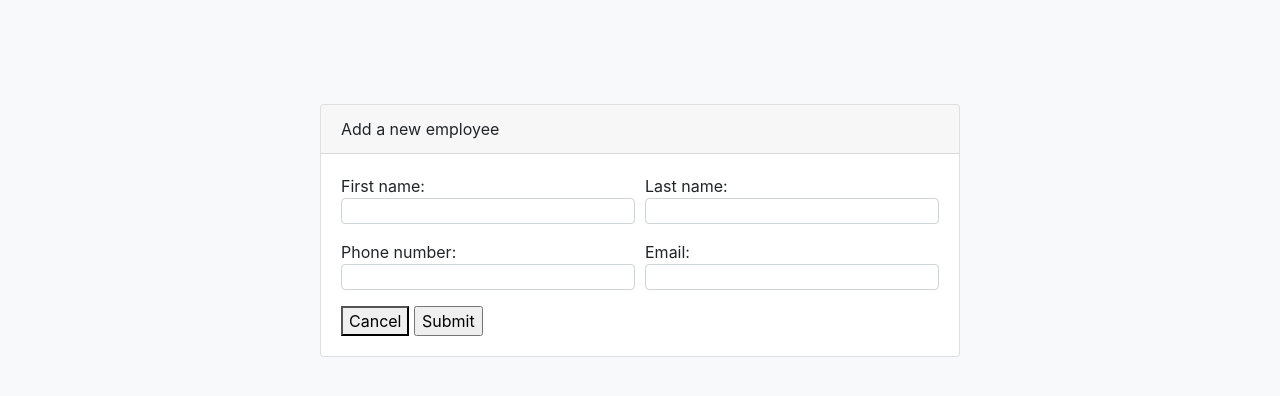
Repository: Map2g/WeFixPOS
Page: pages/AddEmp.html
The author's editor kept a record of every edit. The page is drawn from the files as they stood at one moment, then again after the next edit.
The browser window is 1280 px wide. The pictures show the whole page.

Above is the page before.

After the next edit:
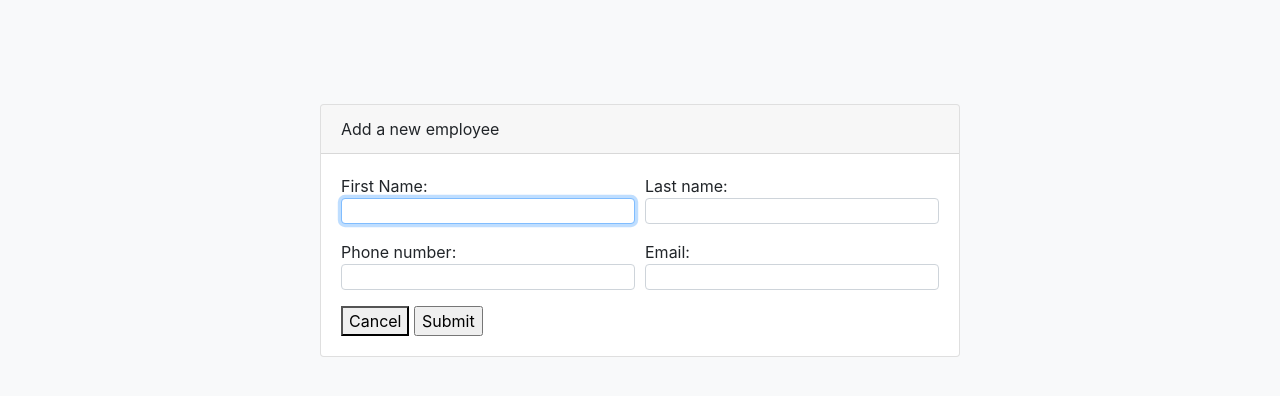
The edit:
--- a/pages/AddEmp.html
+++ b/pages/AddEmp.html
@@ -30,7 +30,7 @@
             <div class="form-row">
               <div class="col-md-6">
                 <div class="form-label-group">
-                  First name: <input type="text" name="fname" class="form-control" placeholder="Jack" required="required">
+                  First Name: <input type="text" id="fname" name="fname" class="form-control" placeholder="Jack" required="required" autofocus="autofocus">
                 </div>
               </div>
               <div class="col-md-6">
